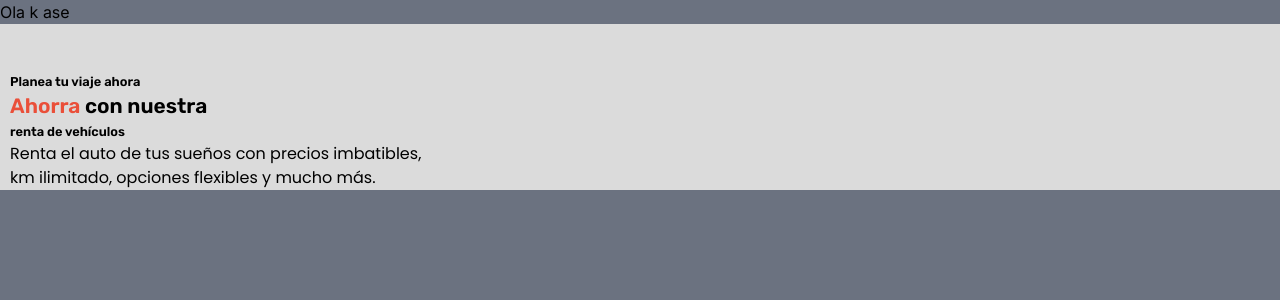
Repository: aldovelacasas/PF_RentCar2
Page: /homePage
An editor plug-in stored every save of this project. The page is shown before and after the next save, followed by the edit.
The browser window is 1280 px wide. The pictures show the whole page.
The project was rebuilt for these pictures with package versions that can differ from the ones it lists, and the page was loaded fresh each time. The framework's server and built-in components were replaced by stand-ins that run in the browser. Also part of the build but not shown: next.config.js.

Above is the page before, as saved 2023-08-29 19:07:24.

### src/app/layout.jsx
import "./globals.css";
import { Inter } from "next/font/google";

const inter = Inter({ subsets: ["latin"] });

export const metadata = {
  title: "Create Next App",
  description: "Generated by create next app",
};

export default function RootLayout({ children }) {
  return (
    <html lang="en">
      <body className={inter.className}>
        <h1>Ola k ase</h1>
        <div className="h-[calc(100vh-5rem)]">{children}</div>
      </body>
    </html>
  );
}

### src/app/homePage/page.jsx
import { Rubik, Poppins } from "next/font/google";

const fontRubik = Rubik({
  weight: "600",
  subsets: ["latin"],
});

const fontPoppins = Poppins({
  weight: "400",
  subsets: ["latin"],
});
const poppins = fontPoppins.className;
const rubik = fontRubik.className;

function HomePage() {
  return (
    <div className={`bg-gris_fondo ${rubik} space-y-0 space-x-2.5`}>
      <p className={`pt-12 ml-2.5 text-[0.8em]`}>Planea tu viaje ahora</p>
      <p className="text-[1.3em] mb-0 pb-0">
        <span className="text-naranja_enf mb-0 pb-0">Ahorra </span>
        con nuestra
      </p>
      <p className="text-[0.8em] mt-0 pt-0">renta de vehículos</p>
      <div>
        <p className={`${poppins}`}>
          Renta el auto de tus sueños con precios imbatibles,
        </p>
        <p className={`${poppins}`}>
          km ilimitado, opciones flexibles y mucho más.
        </p>
      </div>
    </div>
  );
}

export default HomePage;

### src/app/api/products/[id]/route.js
import { NextResponse } from "next/server";
import {conn} from "@/libs/mysql"

export async function GET(request,{params}){
  try {
    const result = await conn.query("SELECT * FROM product WHERE id = ?", [params.id])
    if(result.length === 0 ){
        return NextResponse.json(
         {
            message: "producto no encontrado",
         },
         {
            status:404,
         }
        );
    }
    return NextResponse.json(result[0])
  } catch (error) {
    return NextResponse.json(
        {
            message:error.message,
        },
        {status: 500}
    )
  }
}

export async function DELETE (request,{params} ){
    try {
     const result = await conn.query("DELETE FROM product WHERE id = ?", [params.id]);
     if(result.affectedRows === 0){
         return NextResponse.json({message:"Producto no encontrado"},{status:404})
     }

     return new Response (null, {status: 204})
 } catch (error) {
     return NextResponse.json({message:error.message},{status:500})
 }
    }

export async  function PUT(request, {params}){
   try {
    const data = await request.json()
    const result = await conn.query("UPDATE product SET ? WHERE id = ?", [data , params.id])

    if (result.affectedRows === 0) {
        return NextResponse.json(
        {
            message: "producto no encontrado",
        },
        {
            status: 400,
        }
        )
    }
     const updateProduct = await conn.query("SELECT * FROM product WHERE id = ?", [params.id])

  return NextResponse.json(updateProduct[0])

   } catch (error) {
    return NextResponse.json(
        {
            message: error.message,
        },
        { status: 500}
    )
   }
}

### src/app/api/products/route.js
import { NextResponse } from "next/server";
import {conn} from "@/libs/mysql";

export async function GET(){
    try {
        const results = await conn.query("SELECT * FROM product");
        return NextResponse.json(results)

    } catch (error) {
        return NextResponse.json(
        {
          message: error.message,
        },
        {
            status:500,
        }

        );
    }
}

    export async function POST (request) {
  try {
    const {name, price, year, model, capacity, type, description, image, transmission,  }= await request.json();

    const result  = await conn.query("INSERT INTO product SET ?", {
        name,
        price,
        year,
        model,
        capacity,
        type,
        transmission,
        image,
        description

    })

    return NextResponse.json({
        name,
        price,
        year,
        model,
        capacity,
        type,
        transmission,
        image,
        description,
        id: result.insertId,

    })

  } catch (error) {
    console.log(error);
    return NextResponse.json(
    {
        message: error.message,
    },
    {
        status:500,
    }
    );
  }

}

### src/app/globals.css
@tailwind base;
@tailwind components;
@tailwind utilities;

body {
   @apply bg-gray-500; /* Fondo más claro */
   color: gray-800; /* Texto oscuro */
}

### tailwind.config.js
/** @type {import('tailwindcss').Config} */
module.exports = {
  content: [
    "./src/pages/**/*.{js,ts,jsx,tsx,mdx}",
    "./src/components/**/*.{js,ts,jsx,tsx,mdx}",
    "./src/app/**/*.{js,ts,jsx,tsx,mdx}",
  ],
  theme: {
    extend: {
      backgroundImage: {
        "gradient-radial": "radial-gradient(var(--tw-gradient-stops))",
        "gradient-conic":
          "conic-gradient(from 180deg at 50% 50%, var(--tw-gradient-stops))",
      },
      colors: {
        gris_fondo: "#dbdbdb",
        gris_frente: "#e9e9e9",
        negro_fondo: "#282828",
        naranja_enf: "#ea4f39",
        rojo_status: "#e30613",
        verde_status: "#4aaf4d",
        amarillo_status: "#f0e400",
      },
    },
  },
  plugins: [],
};

Loaded but not shown: src/app/api/bookings/[id]/route.js (no copy from this time; the picture is the same without it); src/app/api/bookings/route.js (no copy from this time; the picture is the same without it); src/app/api/create-payment-intent/route.js (no copy from this time; the picture is the same without it); src/app/api/post/[id]/route.js (no copy from this time; the picture is the same without it); src/app/api/post/route.js (no copy from this time; the picture is the same without it); src/app/api/users/[id]/route.js (no copy from this time; the picture is the same without it); src/app/api/users/route.js (no copy from this time; the picture is the same without it)

After the next save:
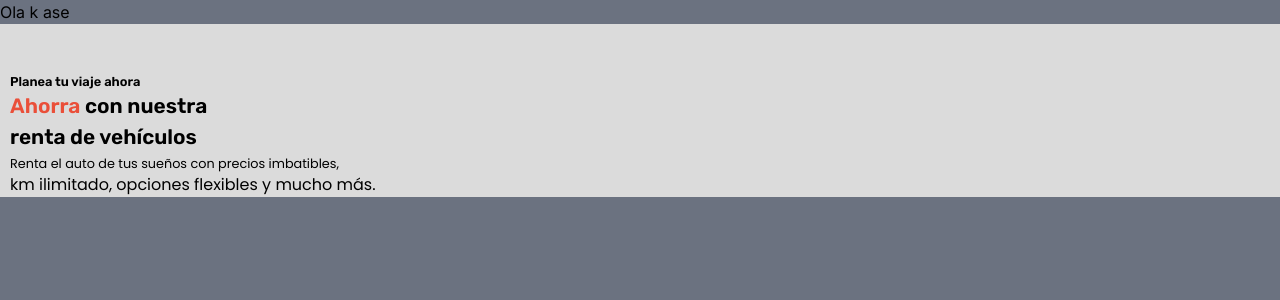
Saved 15 s later.
--- a/src/app/homePage/page.jsx
+++ b/src/app/homePage/page.jsx
@@ -20,9 +20,9 @@ function HomePage() {
         <span className="text-naranja_enf mb-0 pb-0">Ahorra </span>
         con nuestra
       </p>
-      <p className="text-[0.8em] mt-0 pt-0">renta de vehículos</p>
+      <p className="text-[1.3em] mt-0 pt-0">renta de vehículos</p>
       <div>
-        <p className={`${poppins}`}>
+        <p className={`${poppins} text-[0.8em]`}>
           Renta el auto de tus sueños con precios imbatibles,
         </p>
         <p className={`${poppins}`}>
